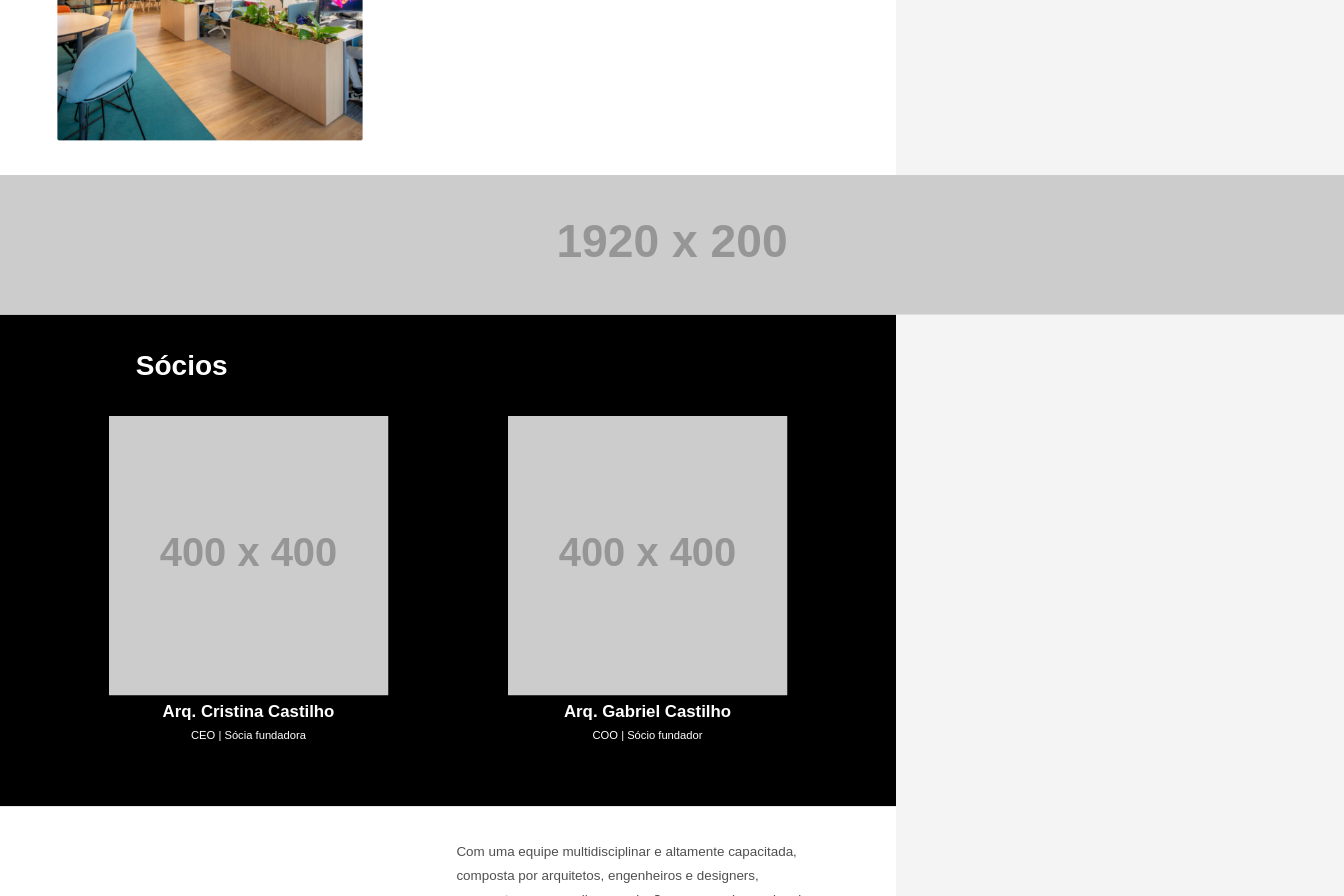
Repository: Upstairs-Agencia/studio-conceito-react
Page: /quem-somos
An editor plug-in stored every save of this project. The page is shown before and after the next save, followed by the edit.
The browser window is 1280 px wide. The page is 1920 px wide, so the pictures cover 1920 px, including what lies to the right of the window. The pictures show the part of the page from y = 841 to 2121 px (the page is 3808 px tall before and 3789 px after), at 70% of full size.
The project was rebuilt for these pictures with package versions that can differ from the ones it lists, and the page was loaded fresh each time. Also part of the build but not shown: src/pages/Home.js, src/pages/Servicos.js, src/styles/cases.css, src/pages/Cases.js, src/pages/Blog.js, src/pages/Clientes.js, src/pages/Contato.js.

Above is the page before, as saved 2024-12-29 20:03:39.

### public/index.html
<!DOCTYPE html>
<html lang="en">
  <head>
    <meta charset="utf-8" />
    <link rel="icon" href="%PUBLIC_URL%/favicon.ico" />
    <meta name="viewport" content="width=device-width, initial-scale=1" />
    <meta name="theme-color" content="#000000" />
    <meta
      name="description"
      content="Web site created using create-react-app"
    />
    <link rel="apple-touch-icon" href="%PUBLIC_URL%/logo192.png" />
    <!--
      manifest.json provides metadata used when your web app is installed on a
      user's mobile device or desktop. See https://developers.google.com/web/fundamentals/web-app-manifest/
    -->
    <link rel="manifest" href="%PUBLIC_URL%/manifest.json" />
    <!--
      Notice the use of %PUBLIC_URL% in the tags above.
      It will be replaced with the URL of the `public` folder during the build.
      Only files inside the `public` folder can be referenced from the HTML.

      Unlike "/favicon.ico" or "favicon.ico", "%PUBLIC_URL%/favicon.ico" will
      work correctly both with client-side routing and a non-root public URL.
      Learn how to configure a non-root public URL by running `npm run build`.
    -->
    <title>Studio Conceito</title>
  </head>
  <body>
    <noscript>You need to enable JavaScript to run this app.</noscript>
    <div id="root"></div>
    <!--
      This HTML file is a template.
      If you open it directly in the browser, you will see an empty page.

      You can add webfonts, meta tags, or analytics to this file.
      The build step will place the bundled scripts into the <body> tag.

      To begin the development, run `npm start` or `yarn start`.
      To create a production bundle, use `npm run build` or `yarn build`.
    -->
  </body>
</html>

### src/index.js

import React from 'react';
import ReactDOM from 'react-dom';
import App from './App';
import 'mdb-react-ui-kit/dist/css/mdb.min.css'; // MDB styles
import './index.css'; // Global styles

ReactDOM.render(
  <React.StrictMode>
    <App />
  </React.StrictMode>,
  document.getElementById('root')
);

### src/App.js

import React from 'react';
import { BrowserRouter as Router, Routes, Route } from 'react-router-dom';
import Home from './pages/Home';
import QuemSomos from './pages/QuemSomos';
import Servicos from './pages/Servicos';
import Cases from './pages/Cases';
import Blog from './pages/Blog';
import Clientes from './pages/Clientes';
import Contato from './pages/Contato';

function App() {
  return (
    <Router>
      <Routes>
        <Route path="/" element={<Home />} />
        <Route path="/quem-somos" element={<QuemSomos />} />
        <Route path="/servicos" element={<Servicos />} />
        <Route path="/cases" element={<Cases />} />
        <Route path="/blog" element={<Blog />} />
        <Route path="/clientes" element={<Clientes />} />
        <Route path="/contato" element={<Contato />} />
      </Routes>
    </Router>
  );
}

export default App;

### src/index.css

body {
  margin: 0;
  font-family: Arial, sans-serif;
  background-color: #f4f4f4;
}

### src/pages/QuemSomos.js
import React from "react";
import Navbar from "../components/navbar"; // Importando o componente Navbar
import { MDBContainer, MDBRow, MDBCol } from "mdb-react-ui-kit";
import { FaBullseye, FaEye, FaHeart } from "react-icons/fa";

import Footer from "../components/footer";
import "../styles/quemsomos.css";

import Escritorio from '../images/quemsomosImg/escritorioImg.png';
import Bgbottom from '../images/quemsomosImg/BackgroundEndsession.png';

export default function QuemSomos() {
  return (
    <>
      <div className="all">
        {/* Navbar */}
        <Navbar />

        {/* Seção de cabeçalho do quem somos */}
        <section className="bg-black text-white py-5">
          <MDBContainer>
            <MDBRow className="align-items-center">
              <MDBCol md="6">
                <h1 className="fw-bold">Quem somos</h1>
              </MDBCol>
              <MDBCol md="6" className="text-end">
                <img
                  src="https://placehold.co/200x150" // Imagem maior para seguir o padrão original
                  alt="Padrão gráfico"
                  style={{ maxWidth: "200px", marginRight: "4rem" }}
                />
              </MDBCol>
            </MDBRow>
          </MDBContainer>
        </section>

        {/* Quem Somos Section */}
        <section className="py-5 ">
          <MDBContainer>
            <MDBRow className="align-items-center">
              <MDBCol md="6">
                <img
                  src={Escritorio}
                  alt="Studio Conceito"
                  className="img-fluid"
                />
              </MDBCol>
              <MDBCol md="6">
                <h2 className="fw-bold mb-4">Studio Conceito</h2>
                <p>
                  A Studio Conceito Arquitetura foi{" "}
                  <strong>fundada em 2009</strong> e conta com uma equipe
                  altamente capacitada e com grande experiência na área
                  corporativa.
                </p>
                <p>
                  O <strong>Atendimento Personalizado</strong> é o grande foco
                  de nossa empresa, visando sempre garantir a satisfação e a
                  consequente fidelização de nossos clientes.
                </p>
              </MDBCol>
            </MDBRow>
          </MDBContainer>

        </section>
        <img
            src="https://via.placeholder.com/1920x200"
            alt="Studio Conceito"
            className="imagemfundo"
        />

        {/* Sócios Section */}
        <section className="py-5 socios text-white">
          <MDBContainer>
            <h1 className="text-left titulosocios fw-bold mb-5">Sócios</h1>
            <MDBRow className="text-center">
              <MDBCol md="6" className="mb-4">
                <div className="team-member">
                  <img
                    src="https://via.placeholder.com/400x400"
                    alt="Arq. Cristina Castilho"
                    className="img-fluid mb-2"
                  />
                  <h4 className="fw-bold">Arq. Cristina Castilho</h4>
                  <p>CEO | Sócia fundadora</p>
                </div>
              </MDBCol>
              <MDBCol md="6" className="mb-4">
                <div className="team-member">
                  <img
                    src="https://via.placeholder.com/400x400"
                    alt="Arq. Gabriel Castilho"
                    className="img-fluid mb-2"
                  />
                  <h4 className="fw-bold">Arq. Gabriel Castilho</h4>
                  <p>COO | Sócio fundador</p>
                </div>
              </MDBCol>
            </MDBRow>
          </MDBContainer>
        </section>

        {/* Atendemos em todo Brasil Section */}
        <section className="py-5">
          <MDBContainer>
            <MDBRow className="align-items-center">
              <MDBCol md="6" className="title-container">
                <h1 className="atendemos-title">Atendemos</h1>
                <h1 className="brasil-title">em todo Brasil</h1>
              </MDBCol>
              <MDBCol md="6">
                <p className="text-large">
                  Com uma equipe multidisciplinar e altamente capacitada,
                  composta por arquitetos, engenheiros e designers, apresentamos
                  as melhores soluções para as demandas de nossos clientes,
                  tanto na área de <span className="fw-bold">projeto</span> como
                  de <span className="fw-bold">obra</span>.
                </p>
                <p className="text-large">
                  Adequamos nossos times às necessidades de cada solicitação,
                  sejam elas projetos, gerenciamento e execução de obra. Do
                  início ao fim, ficamos ao lado do cliente{" "}
                  <span className="fw-bold">
                    cuidando de todos os detalhes!
                  </span>
                </p>
              </MDBCol>
            </MDBRow>
          </MDBContainer>
        </section>

        {/* Missão, Visão e Valores Section */}
        <section className="py-5">
          <MDBContainer className="mvvsection">
            <MDBRow className="text-center mission-row">
              <MDBCol md="4" className="mission-col">
                <div className="icon-container">
                  <FaBullseye size={40} color="#3d7cc9" />
                </div>
                <h5 className="fw-bold">Missão</h5>
                <div className="divider"></div>
                <p>
                  Apresentar as melhores soluções para as demandas dos nossos
                  clientes, tanto na área de projeto como de obra.
                </p>
              </MDBCol>
              <MDBCol md="4" className="mission-col">
                <div className="icon-container">
                  <FaEye size={40} color="#3d7cc9" />
                </div>
                <h5 className="fw-bold">Visão</h5>
                <div className="divider"></div>
                <p>
                  Queremos ser reconhecidos como a empresa que mais cuida de
                  seus clientes e colaboradores, próximos e atentos a todos os
                  detalhes.
                </p>
              </MDBCol>
              <MDBCol md="4" className="mission-col">
                <div className="icon-container">
                  <FaHeart size={40} color="#3d7cc9" />
                </div>
                <h5 className="fw-bold">Valores</h5>
                <div className="divider"></div>
                <p>
                  Ética, Transparência, Respeito à Vida, Inovação, Paixão,
                  Excelência, Flexibilidade, Sustentabilidade, Equilíbrio e
                  Fidelização.
                </p>
              </MDBCol>
            </MDBRow>
          </MDBContainer>

          {/* Equipe Section */}
          <section className="equipe-section">
            <MDBContainer fluid className="d-flex align-items-center">
              <MDBCol md="4" className="p-0">
                <img
                  src="https://via.placeholder.com/600x400"
                  alt="Equipe"
                  className="img-fluid equipe-image"
                />
              </MDBCol>
              <MDBCol
                md="8"
                className="d-flex flex-column justify-content-center equipe-text"
              >
                <h2 className="fw-bold text-left mb-3">Equipe</h2>
                <p className="text-left">
                  Nossos departamentos de Arquitetura e Engenharia são{" "}
                  <strong>muito experientes na área corporativa.</strong>
                </p>
                <p className="text-left">
                  Eles possuem uma interação constante, o que torna o
                  conhecimento de nossos colaboradores mais abrangente e os
                  serviços oferecidos, tanto de obra quanto projeto, mais ricos
                  e completos.
                </p>
              </MDBCol>
            </MDBContainer>
          </section>

          {/* Diversidade Section */}
          <section className="diversidade-section">
            <MDBContainer className="d-flex align-items-center justify-content-between">
              <MDBCol md="6" className="d-flex flex-column diversidade-text">
                <p className="text-left">
                  A Studio Conceito tem seu quadro societário, e sua equipe de
                  colaboradores, constituído por uma{" "}
                  <span className="destaque">
                    maioria de pessoas do gênero feminino.
                  </span>
                </p>
              </MDBCol>
              <MDBCol md="6" className="d-flex justify-content-center gap-4">
                {/* Gráfico Quadro Societário */}
                <div className="grafico-container">
                  <div className="grafico"></div>
                  <span className="grafico-percentual">51%</span>
                  <p className="grafico-label">Quadro Societário</p>
                </div>

                {/* Gráfico Colaboradoras */}
                <div className="grafico-container">
                  <div className="grafico"></div>
                  <span className="grafico-percentual">70%</span>
                  <p className="grafico-label">Colaboradoras</p>
                </div>
              </MDBCol>
            </MDBContainer>
          </section>
        </section>

        <Footer />
      </div>
    </>
  );
}

### src/components/navbar.js
import React, { useState } from "react";

import Logo from "../images/logoBlack.png";

import {
  MDBNavbar,
  MDBNavbarBrand,
  MDBContainer,
} from "mdb-react-ui-kit";
import { FaLinkedin, FaInstagram, FaPinterest, FaBars } from "react-icons/fa";
import { IoIosClose } from "react-icons/io";
import { Link } from "react-router-dom";

import SeloGptw from "../images/selo-gptw.png";

const Navbar = () => {
  const [showMenu, setShowMenu] = useState(false);

  return (
    <>
      {/* Navbar */}
      <MDBNavbar dark bgColor="white" className="py-4 px-5">
        <MDBContainer fluid className="d-flex justify-content-between align-items-center">
          {/* Logo */}
          <MDBNavbarBrand href="#" className="ms-5">
            <img
              src={Logo}
              alt="Logo"
              style={{ maxHeight: "90px", marginLeft: "12vw"}}
            />
          </MDBNavbarBrand>

          {/* Social Icons and Menu Toggle */}
          <div className="d-flex align-items-center">
            {/* Social Icons */}
            <div className="d-flex gap-3 me-3">
              <button className="btn btn-light rounded-circle p-2">
                <FaLinkedin size={30} />
              </button>
              <button className="btn btn-light rounded-circle p-2">
                <FaInstagram size={30} />
              </button>
              <button className="btn btn-light rounded-circle p-2">
                <FaPinterest size={30} />
              </button>
            </div>

            {/* FaBars Icon for Sidebar */}
            <button
              className="btn rounded-circle p-2"
              style={{
                background: "none",
                border: "none",
                cursor: "pointer",
              }}
              onClick={() => setShowMenu(!showMenu)}
            >
              <FaBars size={20} color="black" />
            </button>
          </div>
        </MDBContainer>
      </MDBNavbar>

      {/* Sidebar Menu */}
      {showMenu && (
        <div
          className="position-fixed top-0 end-0 bg-white vh-100 vw-350 shadow-lg d-flex flex-column"
          style={{ zIndex: 1050, width: "500px" }}
        >
          <div className="d-flex justify-content-end p-3">
            {/* Close Button */}
            <button
              className="p-0"
              style={{
                background: "none",
                border: "none",
                cursor: "pointer",
              }}
              onClick={() => setShowMenu(false)}
            >
              <IoIosClose size={40} />
            </button>
          </div>





          <div className="p-4 flex-grow-1">
            {/* Menu Items */}
            <ul className="list-unstyled">
              {[
                { label: "Home", link: "/" },
                { label: "Quem somos", link: "/quem-somos" },
                { label: "Serviços", link: "/servicos" },
                { label: "Cases", link: "/cases" },
                { label: "Blog", link: "/blog" },
                { label: "Clientes", link: "/clientes" },
                { label: "Contato", link: "/contato" },
              ].map((item, index) => (
                <li key={index} className="py-2">
                  <Link
                    to={item.link}
                    className="text-decoration-none fs-6"
                    style={{
                      transition: "all 0.3s ease-in-out", // Transição suave
                      color:"black"
                    }}
                    onMouseOver={(e) => {
                      e.currentTarget.style.color = "#FF7F30"; // Altera a cor
                      e.currentTarget.style.fontWeight = "bold"; // Negrito
                    }}
                    onMouseOut={(e) => {
                      e.currentTarget.style.color = "black"; // Retorna à cor original
                      e.currentTarget.style.fontWeight = "normal"; // Retira o negrito
                    }}
                  >
                    {item.label}
                  </Link>
                </li>
              ))}
            </ul>
          </div>



          {/* Footer Section */}
          <div className="d-flex justify-content-between align-items-center px-4 pb-4">
            {/* Social Icons */}
            <div className="d-flex gap-3">
              <button className="btn btn-dark rounded-circle p-2">
                <FaLinkedin size={20} color="white" />
              </button>
              <button className="btn btn-dark rounded-circle p-2">
                <FaInstagram size={20} color="white" />
              </button>
              <button className="btn btn-dark rounded-circle p-2">
                <FaPinterest size={20} color="white" />
              </button>
            </div>

            {/* Placeholder Image */}
            <img
              src={SeloGptw}
              alt="Great Place to Work"
              style={{ maxHeight: "200px", marginBottom: "4rem" }}
            />
          </div>
        </div>
      )}
    </>
  );
};

export default Navbar;

### src/components/footer.js
import React from "react";
import { MDBFooter, MDBContainer, MDBRow, MDBCol } from "mdb-react-ui-kit";
import Logo from "../images/logoBlack.png";
import "../styles/footer.css";

const Footer = () => {
  return (
    <MDBFooter className="footer-container text-center text-white">
      <MDBContainer className="p-4 footer-content">

        <MDBRow className="content-signature">
            {/* Logo e Nome */}
            <MDBCol md="4" className="mb-4 footer-left">
                <img
                    src={Logo}
                    alt="Studio Conceito Logo"
                    className="footer-logo"
                />

                {/* Navegação */}
                <MDBCol md="4" className="mb-3 footer-center">
                    <nav className="footer-nav">
                        <a href="/">Home</a>
                        <a href="/quem-somos"> Quem somos </a>
                        <a href="/servicos">Serviços</a>
                        <a href="/cases">Cases</a>
                        <a href="/blog">Blog</a>
                        <a href="/clientes">Clientes</a>
                        <a href="/contato" className="footerHighlight">
                            Contato
                        </a>
                    </nav>
                </MDBCol>

            </MDBCol>

            {/* Direitos Reservados */}
            <MDBCol md="4" className="mb-4 footer-right">
                <p className="mb-0">2023 &copy; Todos os direitos reservados</p>
            </MDBCol>

        </MDBRow>



      </MDBContainer>
    </MDBFooter>
  );
};

export default Footer;

### src/styles/quemsomos.css
.all{
    background-color: #fff;
}

.socios{
    background-color: #000;
}

.titulosocios{
    margin-left: 7rem;
}

/* Título: Atendemos em todo Brasil */
.title-container {
    text-align: left;
  }

  .atendemos-title {
    font-size: 2.5rem;
    font-weight: normal;
    color: #000;
  }

  .brasil-title {
    font-size: 2.5rem;
    font-weight: bold;
    color: #000;
    margin-top: -10px; /* Para aproximar os textos */
  }

  /* Texto em letras maiores */
  .text-large {
    font-size: 1.2rem;
    line-height: 1.8;
    text-align: left;
  }

  /* Missão, Visão e Valores */
  .mission-row {
    justify-content: space-between;
  }

  .mission-col {
    text-align: left;
    max-width: 400px;
  }

  .icon-container {
    margin-bottom: 10px;
  }

  .divider {
    width: 100%;
    height: 2px;
    background-color: #000;
    margin: 10px auto;
  }

  .mvvsection{
    margin-bottom: 4rem;
  }

  /* Equipe Section */
.equipe-section {
    background-color: #000;
    color: #fff;
    height: 408px;
  }

  .equipe-image {
    object-fit: cover;
    height: 100%;
    width: 100%;
    margin-left: -1rem;
  }

  .equipe-text {
    padding: 0 2rem;
  }

  .equipe-text h2 {
    font-size: 2rem;
  }

  .equipe-text p {
    font-size: 1.2rem;
  }

  /* Diversidade Section */
  .diversidade-section {
    background-color: #fff;
    color: #000;
    padding: 3rem 0;
  }

  .diversidade-text p {
    font-size: 1.2rem;
  }

  .diversidade-text .destaque {
    color: #3d7cc9;
    font-weight: bold;
  }

  /* Gráficos */
  .grafico-container {
    position: relative;
    text-align: center;
  }

  .grafico {
    width: 250px;
    height: 250px;
    border-radius: 50%;
    border: 30px solid #eaeaea;
    border-top: 30px solid #3d7cc9;
    transform: rotate(-90deg);
    margin: 0 auto;
  }

  .grafico-percentual {
    position: absolute;
    top: 50%;
    left: 50%;
    transform: translate(-40%, -90%);
    color: #3d7cc9;
    font-weight: bold;
    font-size: 2rem;
  }

  .grafico-label {
    margin-top: 10px;
    font-size: 1rem;
    font-weight: bold;
  }


  /* Responsividade */
  @media (max-width: 768px) {
    .atendemos-title,
    .brasil-title {
      font-size: 2rem;
    }

    .text-large {
      font-size: 1rem;
    }

    .mission-col {
      max-width: 100%;
    }
  }

### src/styles/footer.css
.footer-container {
    background-color: white;
    height: 25vh !important; /* Ocupa 30% da altura da tela */
    display: flex;
    justify-content: center;
    align-items: center;
    color: black;
    font-family: Arial, sans-serif;
    margin: 1rem 0;
  }

  .footer-content {
    height: 100%; /* Garante que o conteúdo ocupe toda a altura do footer */
  }

  .content-signature{
    display: flex;
    flex-direction: row;
  }

  .footer-left {
    display: flex;
    flex-direction: column;
  }

  .footer-logo {
    max-width: 40%; /* Aumenta a imagem para 40% de seu tamanho */
    margin-bottom: 10px;
  }


  .footer-center {
    text-align: center;
    margin: 2rem 0;
  }

  .footer-nav{
    display: flex;
    flex-direction: row;
    justify-content: space-around;
    width:35vw;

  }

  .footerHighlight {
    color: #ff6600 !important;
  }

  .footer-nav a {
    margin: 1px 1rem;
    text-decoration: none;
    color: #000;
    font-size: 1rem;
    transition: color 0.3s ease;
  }

  .footer-nav a:hover {
    color: #ff6600;
  }



  .footer-right {
    text-align: center;
    display: flex;
    justify-content: center;
    align-items: center;
    margin-left: 20vw;
    font-size: 0.9rem;
    color: #000;
  }

After the next save:
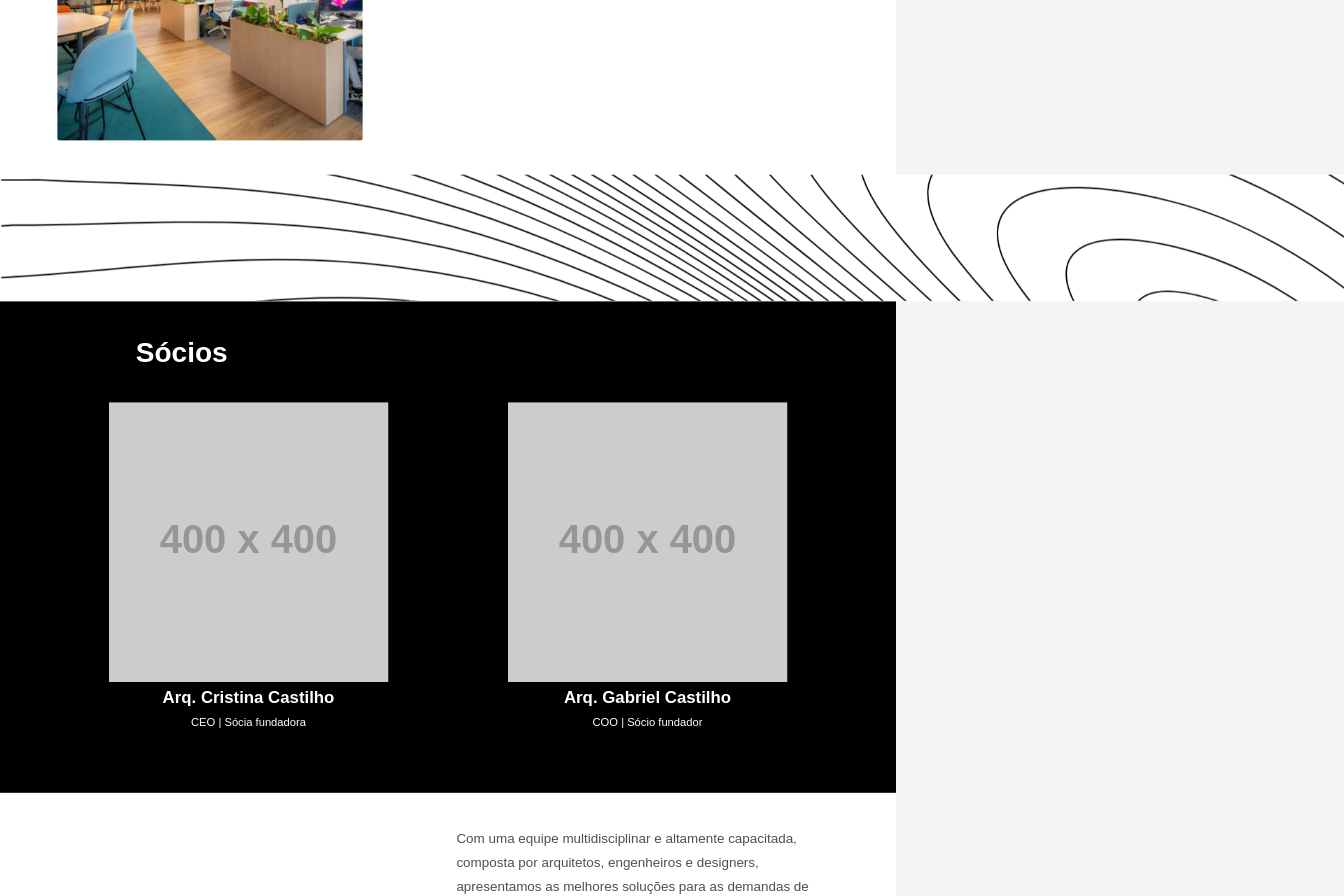
Saved 17 s later.
--- a/src/pages/QuemSomos.js
+++ b/src/pages/QuemSomos.js
@@ -64,7 +64,7 @@ export default function QuemSomos() {
 
         </section>
         <img
-            src="https://via.placeholder.com/1920x200"
+            src={Bgbottom}
             alt="Studio Conceito"
             className="imagemfundo"
         />
